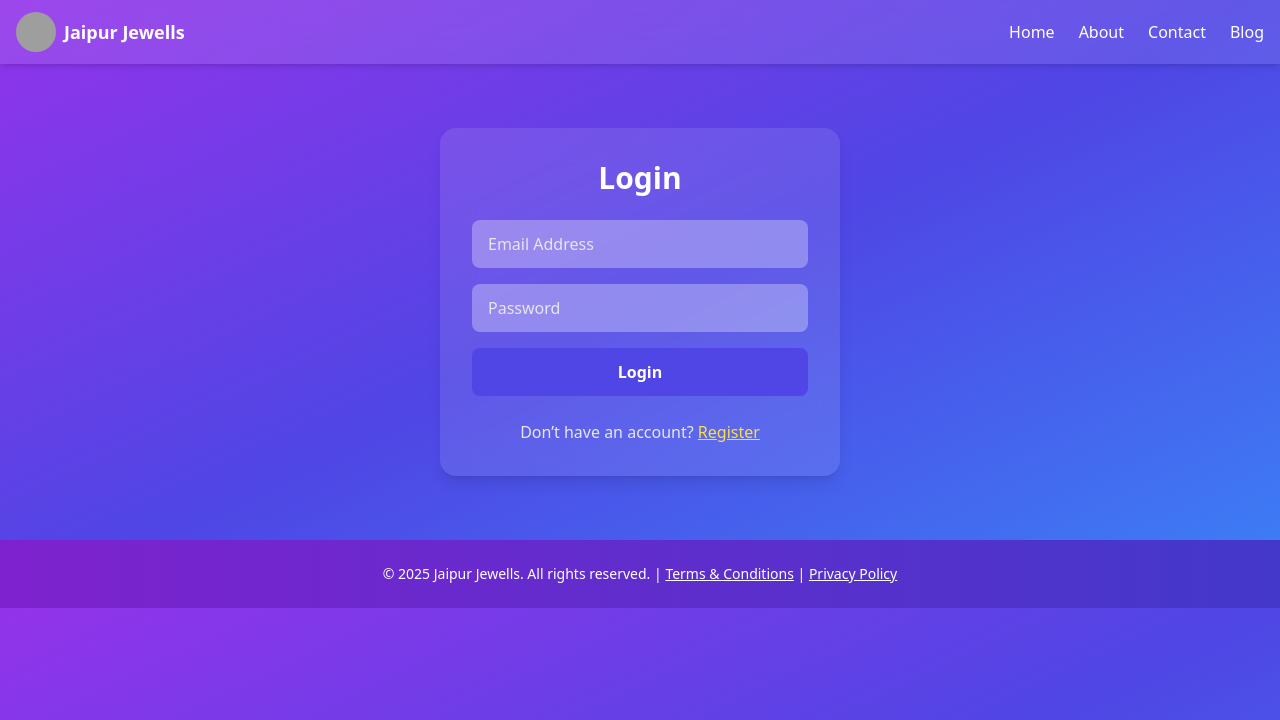
Repository: aayushtailor/VendorConnect
Page: login.html
An editor plug-in stored every save of this project. The page is shown before and after the next save, followed by the edit.
The browser window is 1280 px wide. The pictures show the whole page.
Pictures or frames that could not be fetched are drawn as grey boxes. Some web libraries are served in a nearby version.

Above is the page before, as saved 2025-09-20 13:17:49.

After the next save:
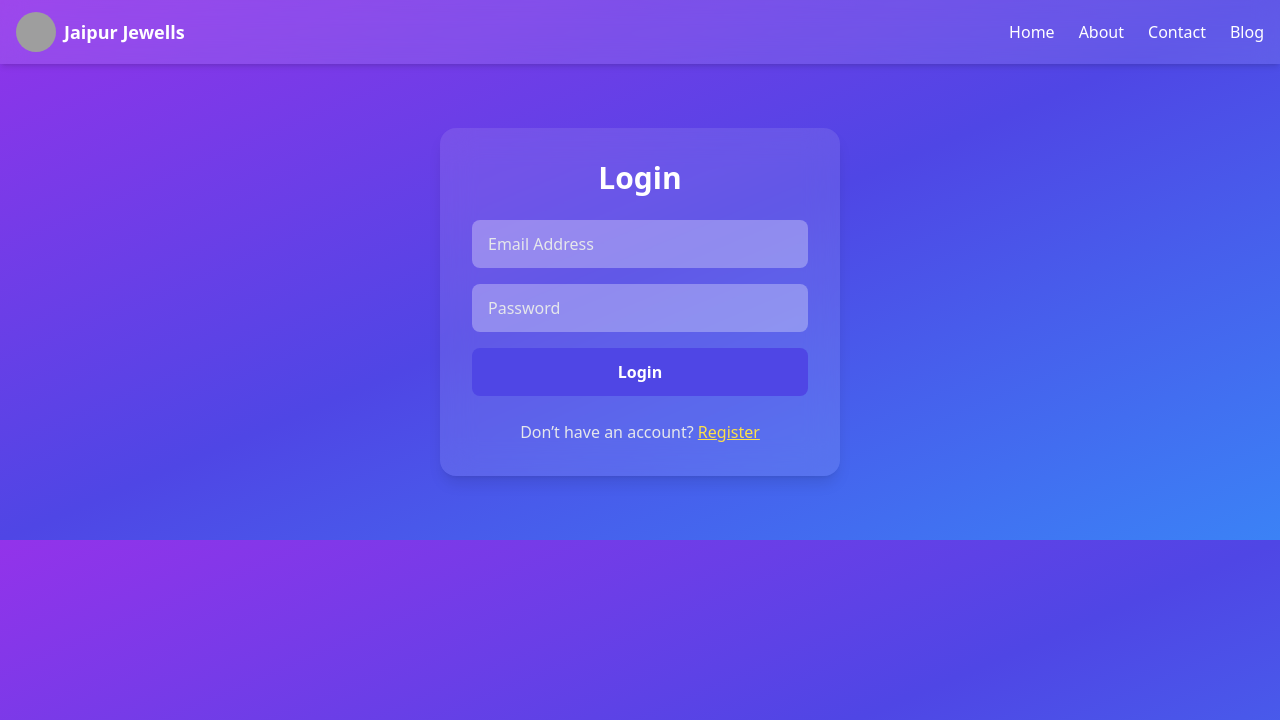
Saved 12 s later.
--- a/login.html
+++ b/login.html
@@ -38,14 +38,7 @@
     </div>
   </section>
 
-  <!-- Footer -->
-  <footer class="bg-gradient-to-r from-purple-700 to-indigo-700 text-center py-6">
-    <p class="text-sm">
-      &copy; 2025 Jaipur Jewells. All rights reserved. |
-      <a href="terms.html" class="underline hover:text-yellow-300">Terms & Conditions</a> |
-      <a href="privacy.html" class="underline hover:text-yellow-300">Privacy Policy</a>
-    </p>
-  </footer>
+
 
   <!-- JS -->
   <script src="https://unpkg.com/aos@2.3.1/dist/aos.js"></script>

After the save that followed:
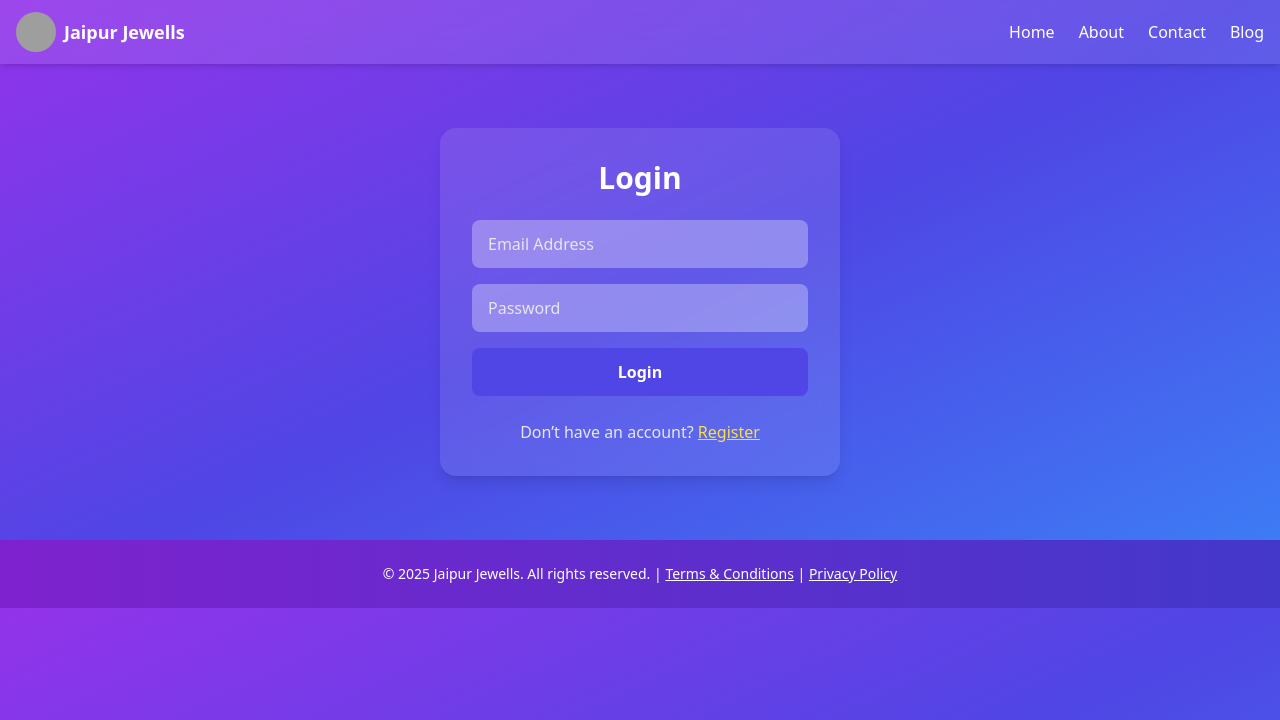
Saved 27 s later.
--- a/login.html
+++ b/login.html
@@ -38,7 +38,14 @@
     </div>
   </section>
 
-
+  <!-- Footer -->
+  <footer class="bg-gradient-to-r from-purple-700 to-indigo-700 text-center py-6">
+    <p class="text-sm">
+      &copy; 2025 Jaipur Jewells. All rights reserved. |
+      <a href="terms.html" class="underline hover:text-yellow-300">Terms & Conditions</a> |
+      <a href="privacy.html" class="underline hover:text-yellow-300">Privacy Policy</a>
+    </p>
+  </footer>
 
   <!-- JS -->
   <script src="https://unpkg.com/aos@2.3.1/dist/aos.js"></script>
